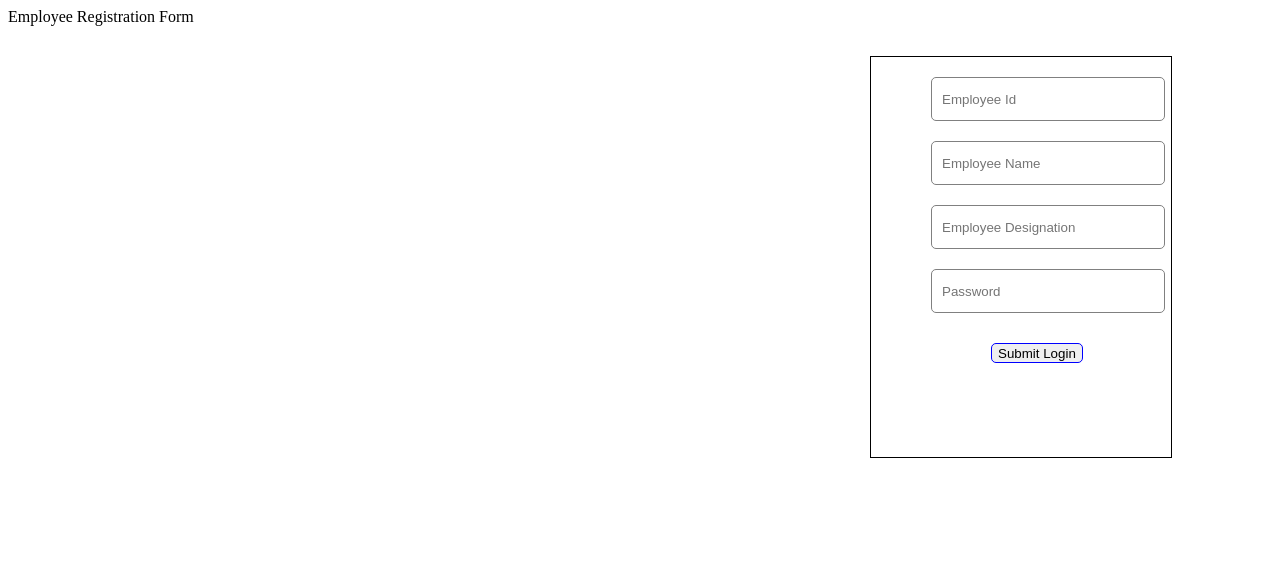
Repository: robin9533/Basic-Programs-App.
Page: GW-Genial Work Proj/GT_GenialToil/WebContent/EmployeeSignup.html
These files come from the project's save history. The page is drawn as it stood at one moment and after the next save; the edit follows.
The browser window is 1280 px wide. The pictures show the whole page.

Above is the page before, as saved 2019-05-10 07:05:53.

### GW-Genial Work Proj/GT_GenialToil/WebContent/EmployeeSignup.html
<!DOCTYPE html>
<html>
<head>Employee Registration Form
<meta charset="ISO-8859-1">
<title>Employee Registration Form </title>
<link rel="Stylesheet" type="text/css" href="EmployeeSignup.css">
</head>
<body>
<br>

<div class ="registrationblock">

<Form>

<input type = "text" name="empId" placeholder="Employee Id">
<input type ="text" name="empName" placeholder="Employee Name">
<input type ="text" name = "empDes" placeholder="Employee Designation">
<input type = "password" name = "empPass" placeholder="Password">
<button type="button">Submit Login</button>

</Form>
</div>

</body>
</html>

### GW-Genial Work Proj/GT_GenialToil/WebContent/EmployeeSignup.css
@charset "ISO-8859-1";

.body{
	background-color: blue;
}
.registrationblock {
	height:400px;
	width: 300px;
	float:right;
	border:1px solid black;
	margin-top: 30px;
	margin-right: 100px
}
.registrationblock input{
	width: 220px;
	height:40px;
	margin-top: 20px;
	margin-left:60px;
	border: none;
	border:1px solid gray;
	border-radius: 5px;
	padding-left: 10px;
}
.registrationblock button{
	widht:100px;
	height: 20px;
	margin-left:120px;
	margin-top:30px;
	border-radius:5px;
	border: 1px solid blue;
	}
.h1{
	center
	}

After the next save:
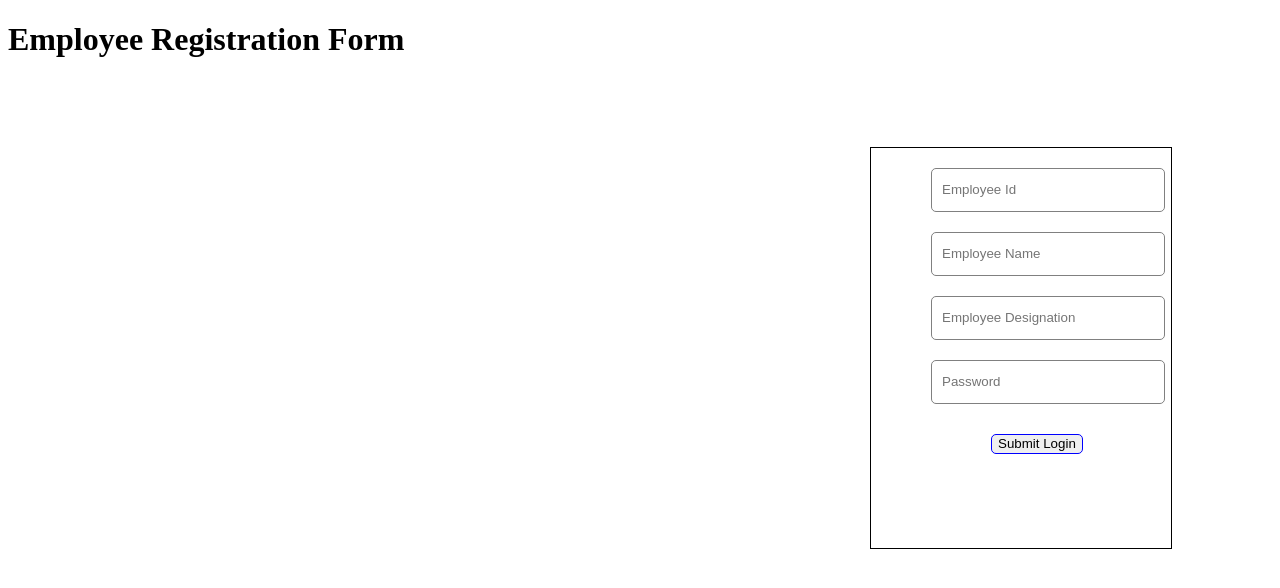
Saved 95 s later.
--- a/GW-Genial Work Proj/GT_GenialToil/WebContent/EmployeeSignup.html
+++ b/GW-Genial Work Proj/GT_GenialToil/WebContent/EmployeeSignup.html
@@ -1,6 +1,6 @@
 <!DOCTYPE html>
 <html>
-<head>Employee Registration Form
+<head><h1>Employee Registration Form<h1>
 <meta charset="ISO-8859-1">
 <title>Employee Registration Form </title>
 <link rel="Stylesheet" type="text/css" href="EmployeeSignup.css">
